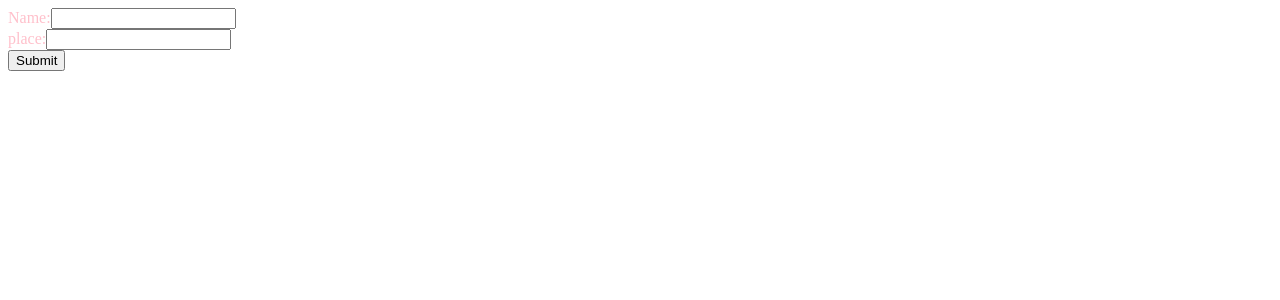
Repository: iamvinayhv/Servlets
Page: Demo/WebContent/wecome.html
These files come from the project's save history. The page is drawn as it stood at one moment and after the next save; the edit follows.
The browser window is 1280 px wide. The pictures show the whole page.

Above is the page before, as saved 2017-03-03 09:51:14.

After the next save:
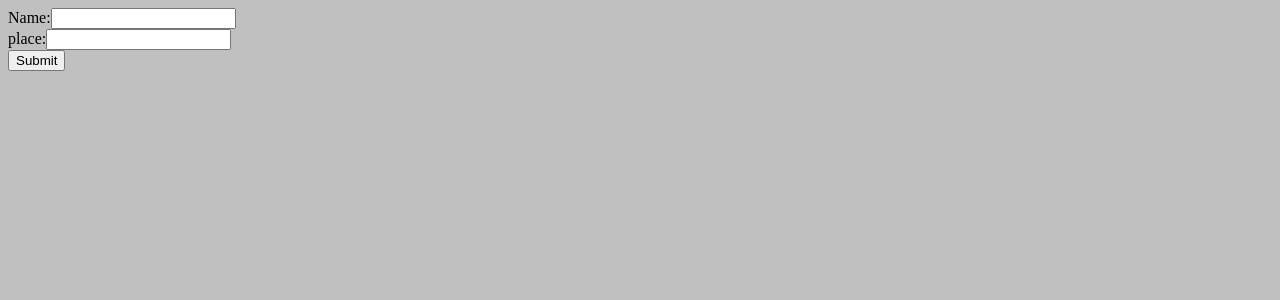
Saved 84 s later.
--- a/Demo/WebContent/wecome.html
+++ b/Demo/WebContent/wecome.html
@@ -4,7 +4,7 @@
 <meta charset="UTF-8">
 <title>Insert title here</title>
 </head>
-<body style="color:pink;">
+<body style="background-color:silver;">
 <form action="fs">
 
 Name:<input type="text" name="name"><br/>
